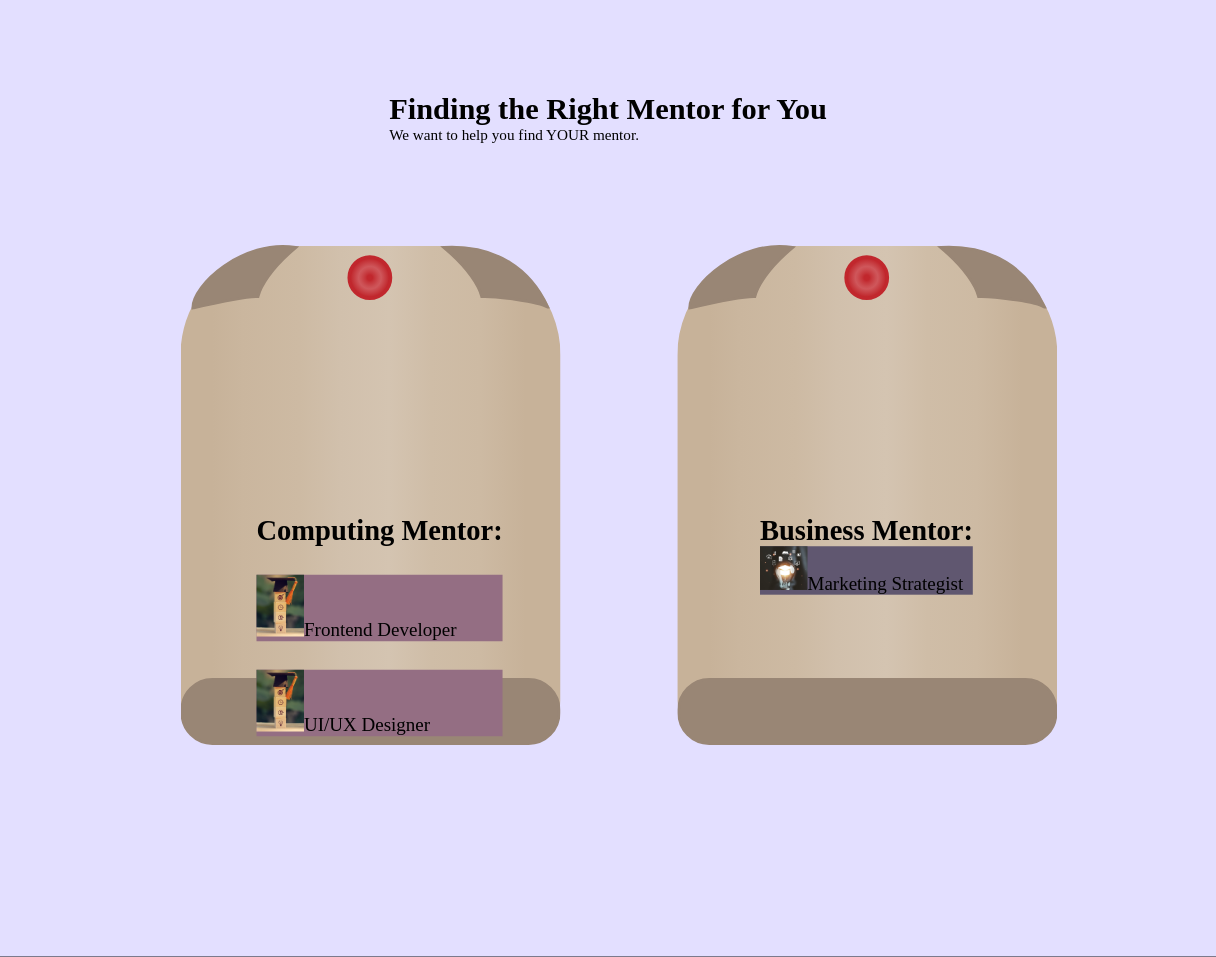
Repository: anikagrewal/week3example
Page: /about
An editor plug-in stored every save of this project. The page is shown before and after the next save, followed by the edit.
The browser window is 1280 px wide. The pictures show the whole page, at 95% of full size.
The project was rebuilt for these pictures with package versions that can differ from the ones it lists, and the page was loaded fresh each time. The framework's server and built-in components were replaced by stand-ins that run in the browser. Also part of the build but not shown: next.config.js.

Above is the page before, as saved 2023-01-23 14:22:42.

After the next save:
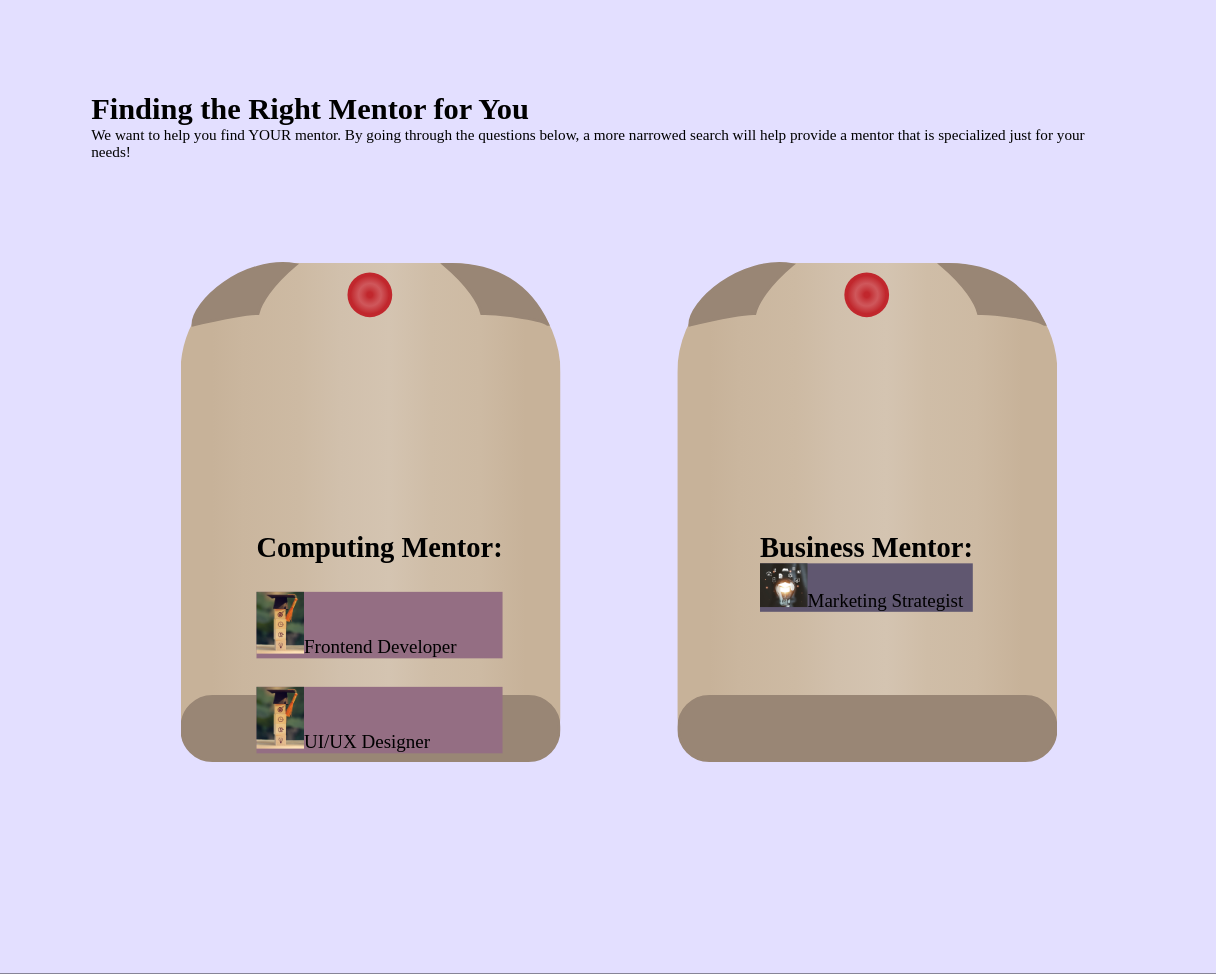
Saved 2 min 30 s later.
--- a/pages/about.js
+++ b/pages/about.js
@@ -25,7 +25,7 @@
 
       <header>
         <h1>Finding the Right Mentor for You</h1>
-        <p>We want to help you find YOUR mentor. </p>
+        <p>We want to help you find YOUR mentor. By going through the questions below, a more narrowed search will help provide a mentor that is specialized just for your needs!</p>
       </header>
 
 
